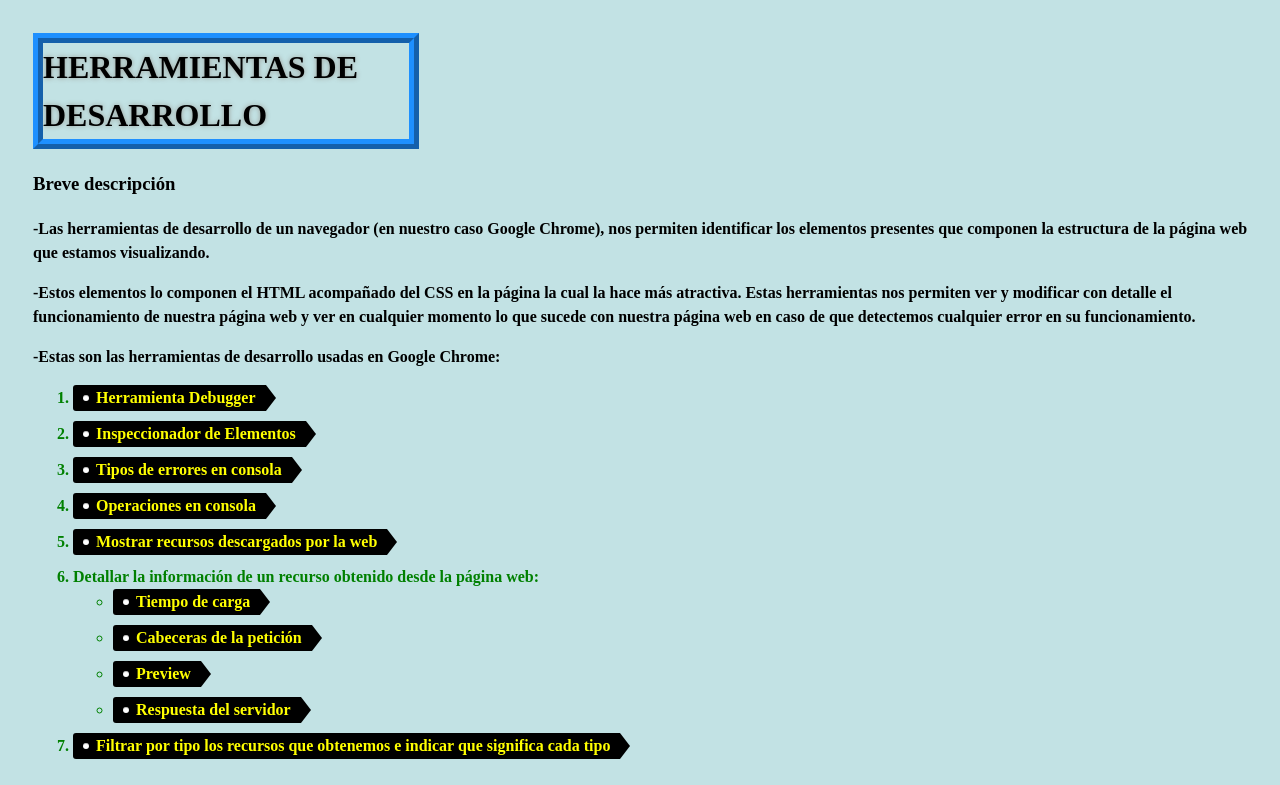
Repository: VictorinoBF97/HerramientasDesarollo
Page: indice.html
The author's editor kept a copy of each file at every save. The page is drawn from the files as they stood at one save, then again after a run of saves.
The browser window is 1280 px wide. The pictures show the whole page.

Above is the page before, as saved 2018-11-26 09:20:02.
Console error: SyntaxError: Unexpected token '{'

After the next 2 saves:
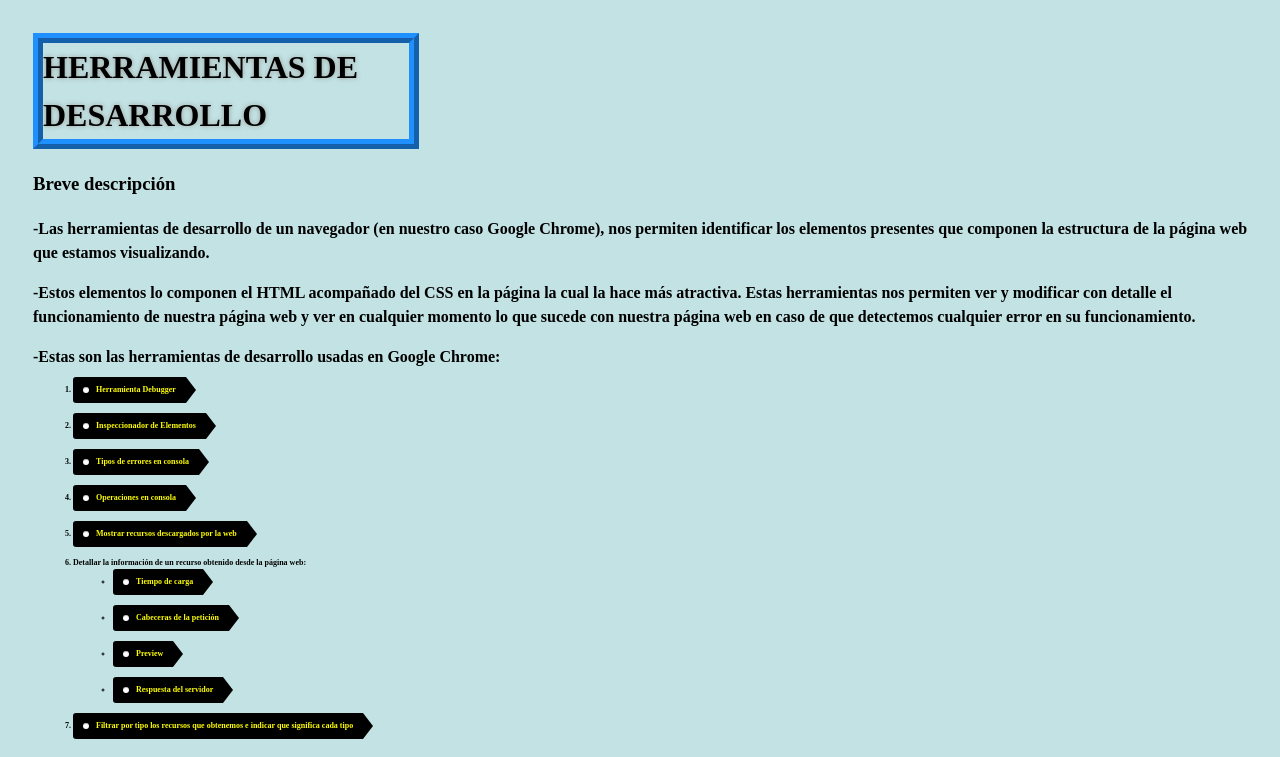
The 2 saves are shown as one change because they came seconds apart.
The last was saved 14 s later.
--- a/css/styles.css
+++ b/css/styles.css
@@ -17,7 +17,7 @@
 }
 
 .indice{
-    color: green;
+    font-size: 50%;
 
 }
 a{

After the 2 saves that followed:
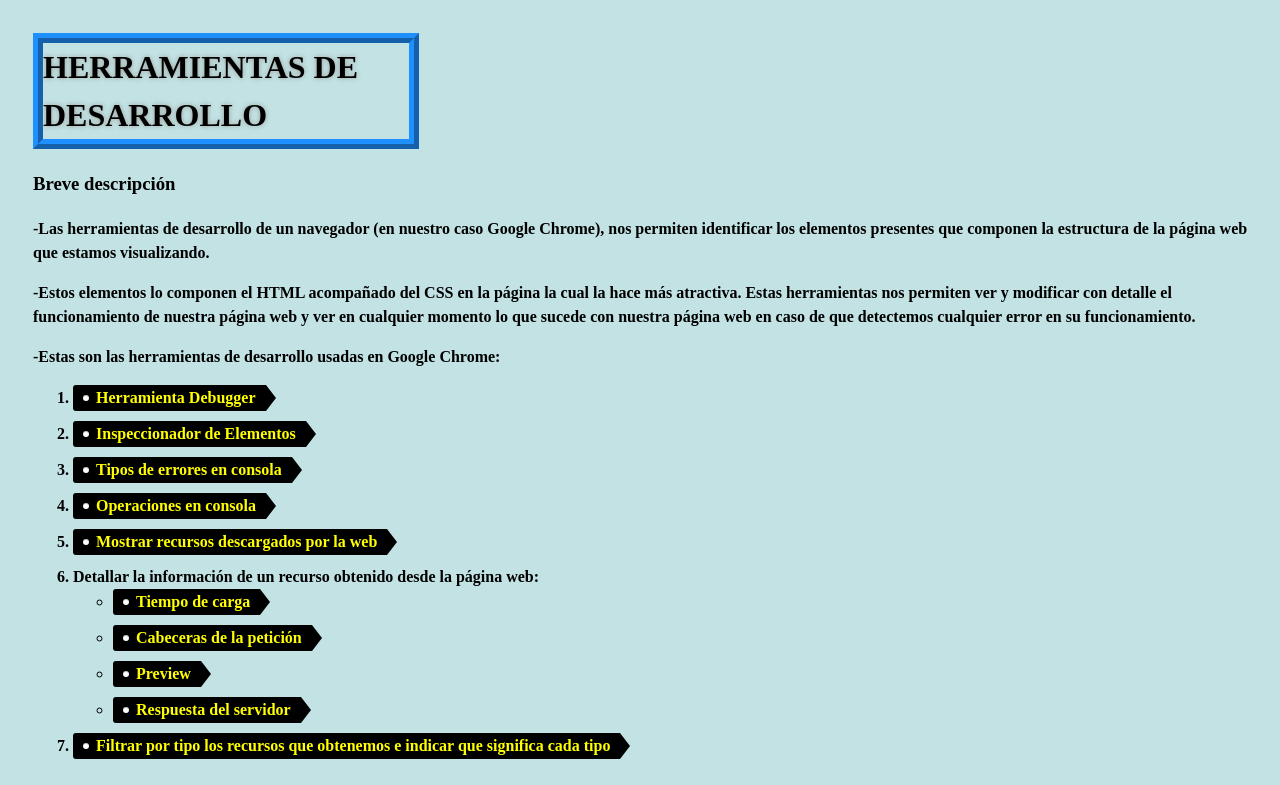
The 2 saves are shown as one change because they came seconds apart.
The last was saved 9 s later.
--- a/css/styles.css
+++ b/css/styles.css
@@ -17,7 +17,7 @@
 }
 
 .indice{
-    font-size: 50%;
+    font-size: 100%;
 
 }
 a{
